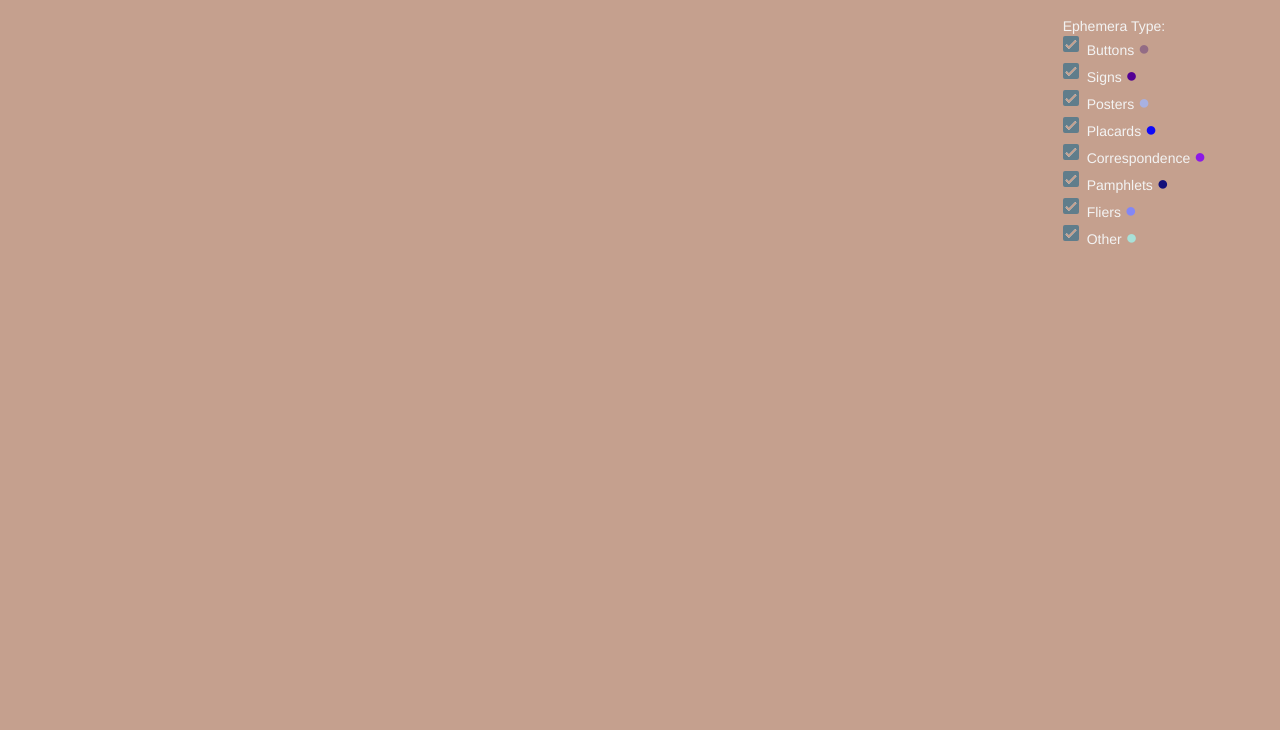
Repository: m0llyc00k/Major-studio-1
Page: Qualitative/examples-beeswarm/index-2.html
The author's editor kept a record of every edit. The page is drawn from the files as they stood at one moment, then again after the next edit.
The browser window is 1280 px wide. The pictures show the whole page.
The page's requests for data from a server got no answer.

Above is the page before.

After the next edit:
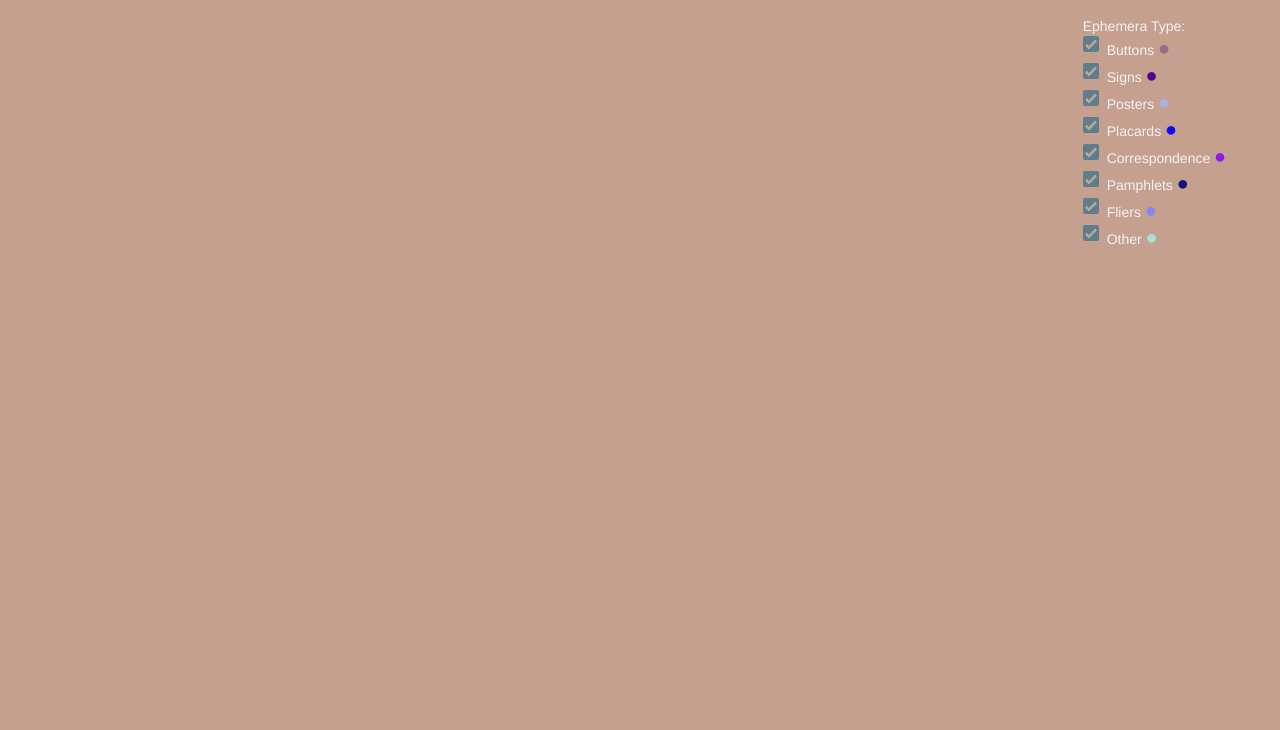
The edit:
--- a/Qualitative/examples-beeswarm/index-2.html
+++ b/Qualitative/examples-beeswarm/index-2.html
@@ -31,7 +31,7 @@
             float: left;
             margin: 0 auto;
             background-color: #C5A08E;
-            padding-top: 5px;
+            padding:20px;
 
         }
 
